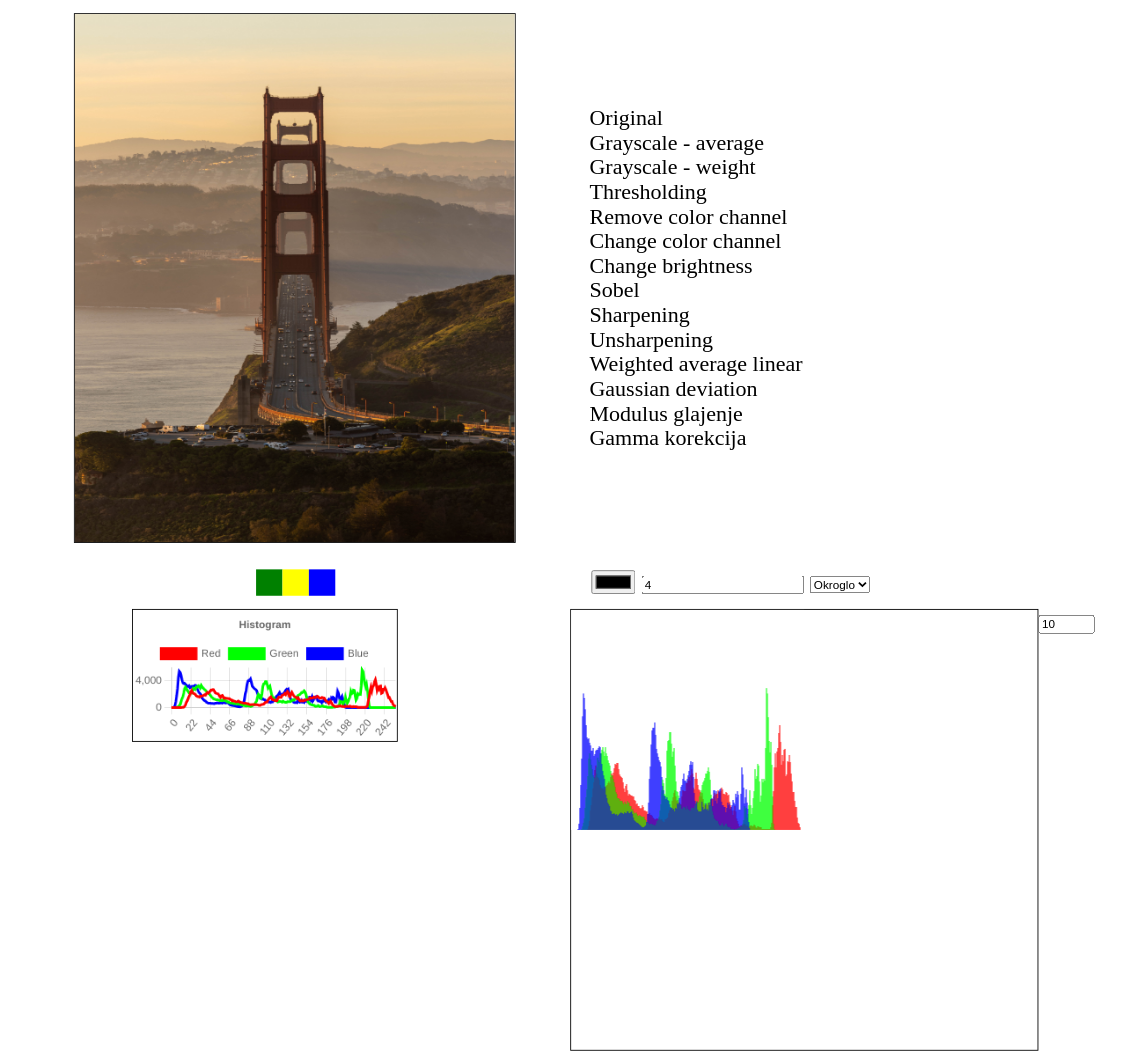
Repository: fussionko/web_photoshop
Page: index.html
The author's editor kept a copy of each file at every save. The page is drawn from the files as they stood at one save, then again after the next save.
The browser window is 1280 px wide. The pictures show the whole page, at 88% of full size.
Some web libraries are served in a nearby version.

Above is the page before, as saved 2022-04-28 23:00:19.

After the next save:
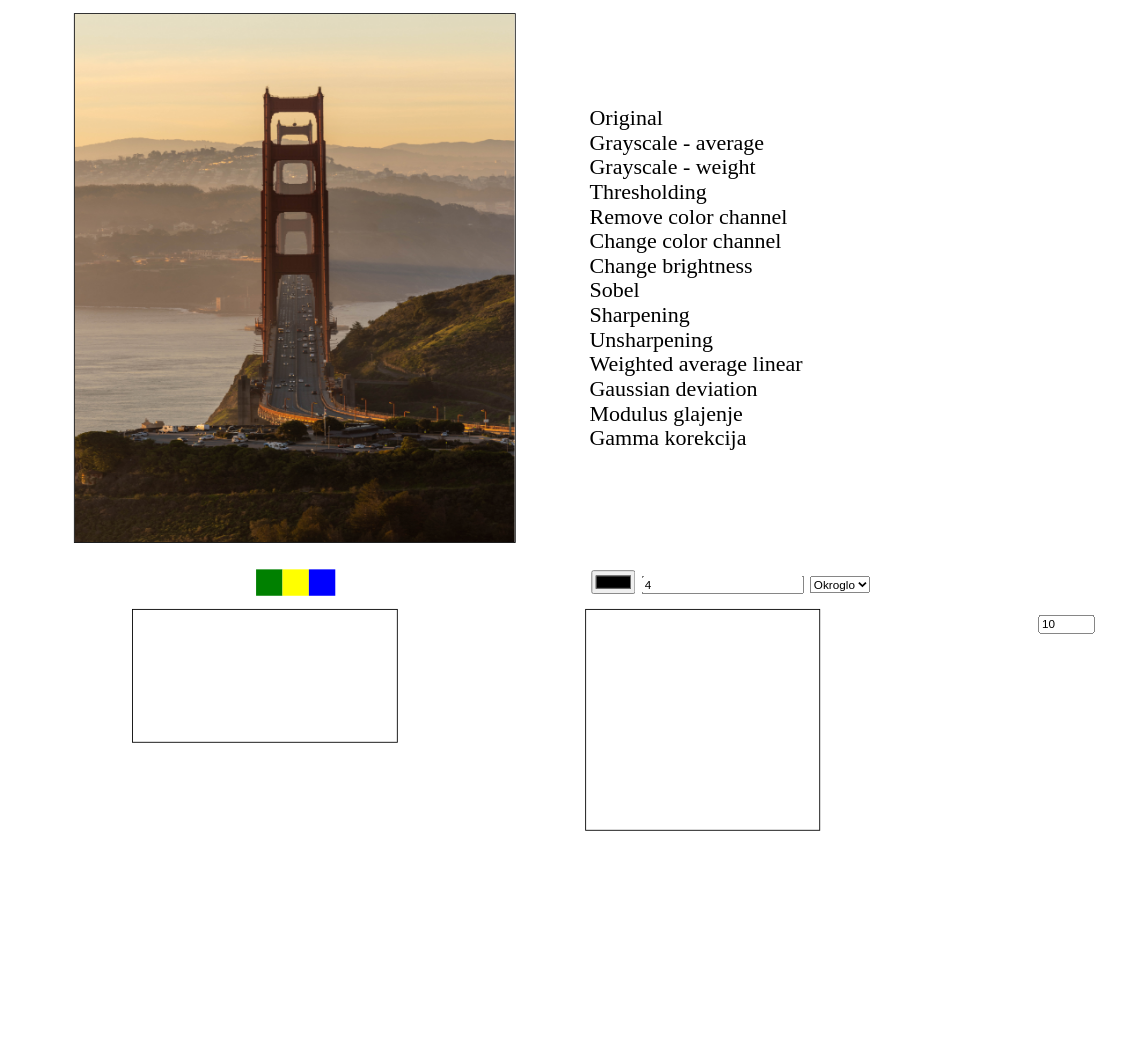
Console error: TypeError: Cannot set properties of undefined (setting 'width')
Saved 48 s later.
--- a/graph.js
+++ b/graph.js
@@ -22,8 +22,8 @@
     main_graph.height = graph_height;
 
     chart_ctx = document.getElementById("main-chart").getContext('2d');
-    main_graph.width = chart_width;
-    main_graph.height = chart_height;
+    main_chart.width = chart_width;
+    main_chart.height = chart_height;
 
     document.getElementById("basket-num").addEventListener("change", function(){
         basket_num = parseInt(this.value);

After the save that followed:
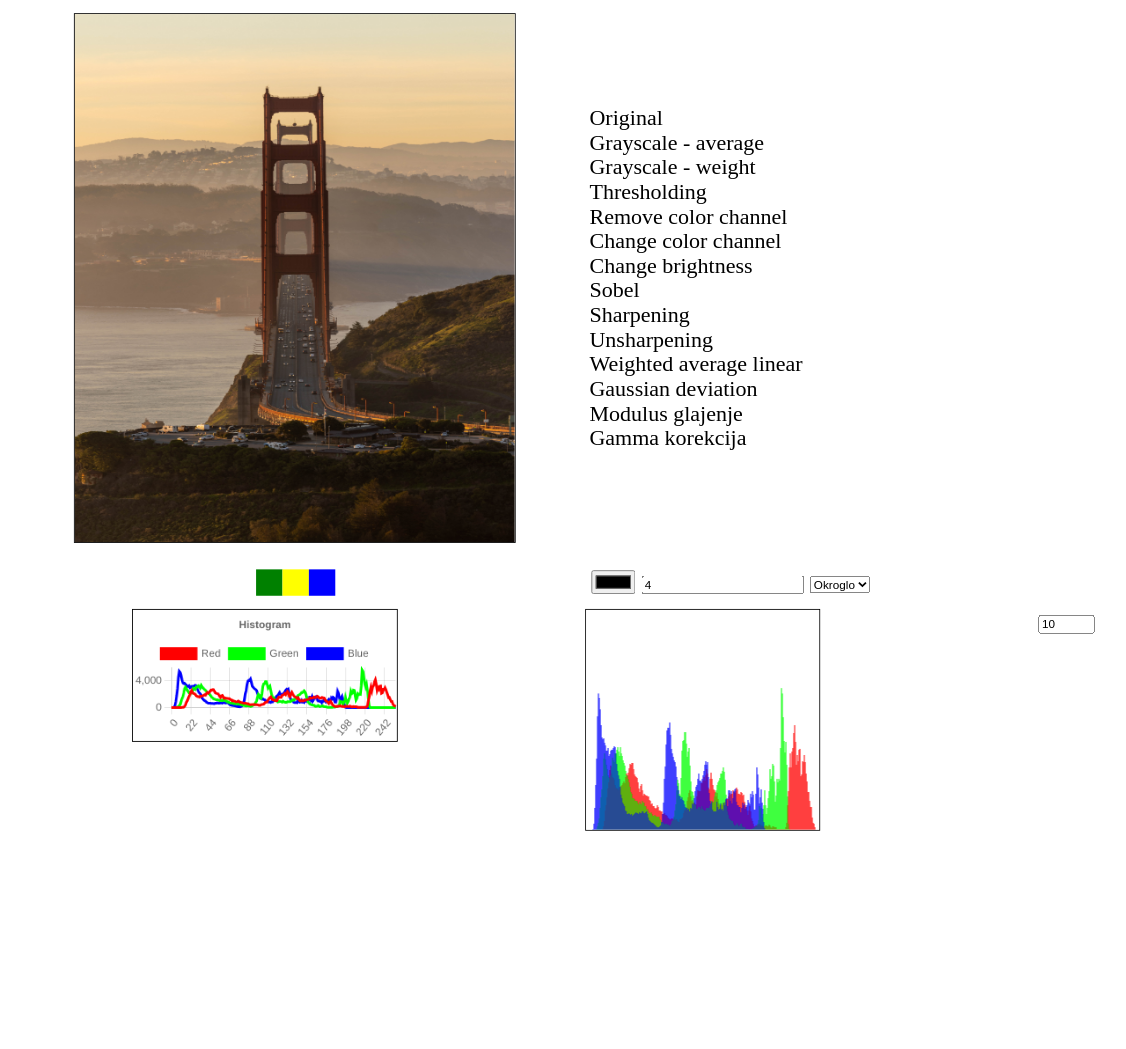
The error is gone.
Saved 25 s later.
--- a/graph.js
+++ b/graph.js
@@ -22,8 +22,8 @@
     main_graph.height = graph_height;
 
     chart_ctx = document.getElementById("main-chart").getContext('2d');
-    main_chart.width = chart_width;
-    main_chart.height = chart_height;
+    // main_chart.width = chart_width;
+    // main_chart.height = chart_height;
 
     document.getElementById("basket-num").addEventListener("change", function(){
         basket_num = parseInt(this.value);
